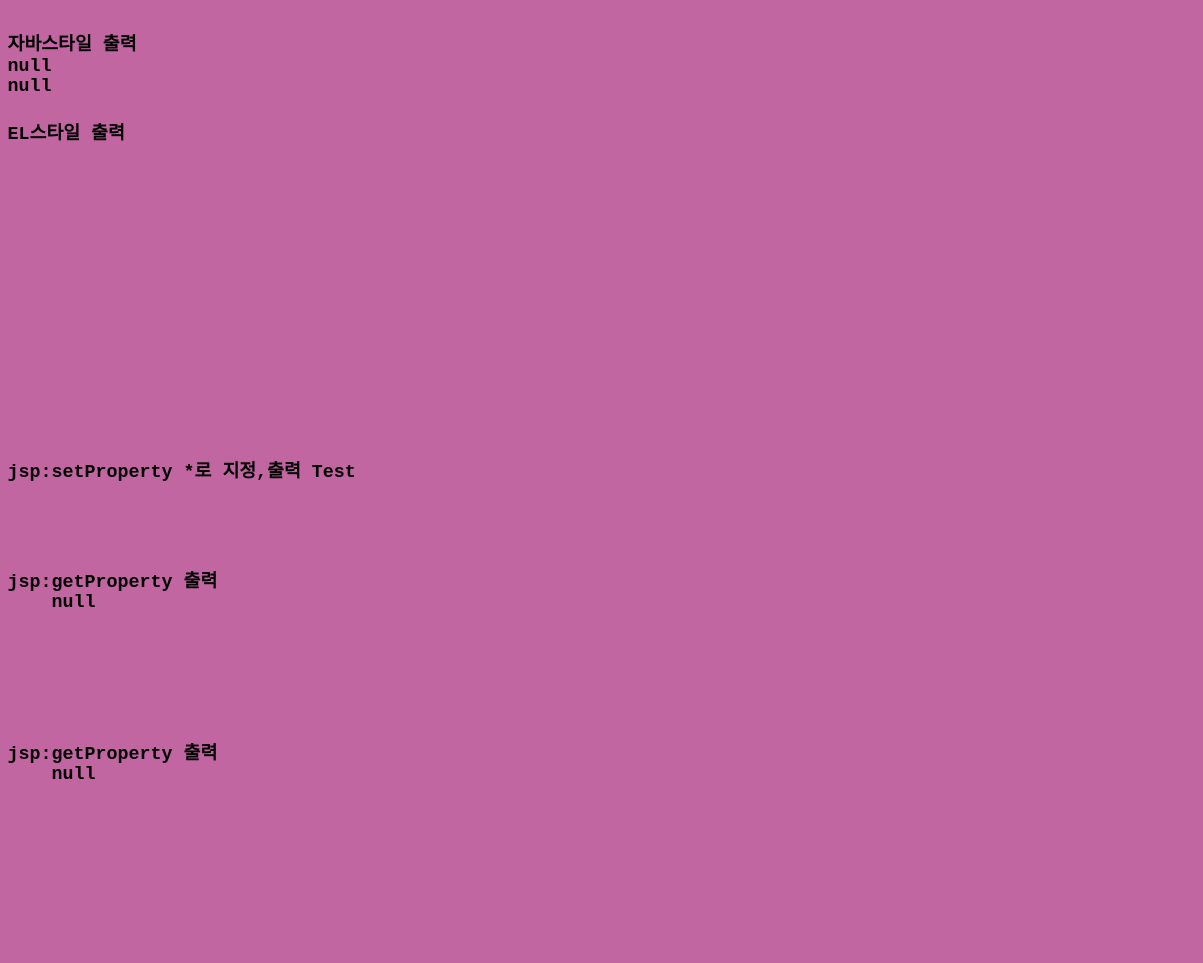
Repository: violetaplum/eclipseJSP
Page: http://localhost/JSP/jstl_get_setProperty.jsp
These files come from the project's save history. The page is drawn as it stood at one moment and after the next save; the edit follows.
The browser window is 1280 px wide. The pictures show the whole page, at 94% of full size.
The page is served by Tomcat 9.

Above is the page before, as saved 2019-06-10 11:50:22.

### JSP/WebContent/jstl_get_setProperty.jsp
<%@ page language="java" contentType="text/html; charset=UTF-8"
    pageEncoding="UTF-8"%>
<%@ taglib uri="http://java.sun.com/jsp/jstl/core" prefix="c"%>

<%-- Sawon sa1 = new Sawon(); --%>
<%-- Sawon sawon1 = new Sawon(); --%>
<%-- Sawon sawon2 = new Sawon(); --%>

<%-- <jsp:useBean ...    :  상단의 방법 대신 하단의 객체생성 tag로 대체할 수 있다 --%>

<jsp:useBean id="sawon1" class="sawonpkg.Sawon"></jsp:useBean>
<jsp:useBean id="sawon2" class="sawonpkg.Sawon"></jsp:useBean>
<%-- 객체명은 id="string" 으로 작성한다 --%>
<%-- class는 java 파일의 객체경로 --%>

<html>
<head>
<meta http-equiv="Content-Type" content="text/html; charset=UTF-8">
  <style>
  body
  {
    background: #c166a1;

  }
  </style>

</head>
<body>
<h2>
  <pre>

자바스타일 출력
<%=request.getParameter("name")%>
<%=request.getParameter("age")%>

EL스타일 출력
${param.name}
${param.age}


    <jsp:setProperty name="sawon1" property="name" ></jsp:setProperty>
    <%-- value="${param.name}" 생략해도 된다--%>

    <%-- setName()역할--%>
    <%-- sawon1.getAge(); --%>
    <%-- 주의#####
    넘어오는 것이 null뿐일때
    sawon1.setName(request.getParameter("name"))이 자동으로 수행되는것 --%>
    <jsp:setProperty name="sawon1" property="age" ></jsp:setProperty>
    <%-- value="${param.age}" 생략해도 된다--%>

    <%-- setAge()역할 --%>

jsp:setProperty *로 지정,출력 Test
    <jsp:setProperty name="sawon1" property="*"></jsp:setProperty>
<%--     <jsp:getProperty name="sawon1" property="*"></jsp:getProperty> 은 안됨!!!--%>


jsp:getProperty 출력
    <jsp:getProperty name="sawon1" property="name"></jsp:getProperty>
    <%-- 상단의 id를 getter에서는 name으로 가져와 사용한다 --%>
    <%-- property 는 필드명 --%>
    <%-- jsp:getProperty 는 출력도 됨!!!! --%>

    <%-- java 의 getter와 같음 --%>
    <%-- action tag, name 은 useBean의 id를 의미
    객체.메소드() sawon1.getName(); --%>
jsp:getProperty 출력
    <jsp:getProperty name="sawon1" property="age"></jsp:getProperty>






</pre>
</h2>
</body>
</html>

### JSP/src/sawonpkg/Sawon.java
package sawonpkg;
//import java.io.Serializable;

public class Sawon {
//implements java.io.Serializale
	private String name;
	private String age;
	//인자없는 생성자, getter setter 만들기
	public Sawon() {}
	public String getName() {
		return this.name;
	}
	public String getAge() {
		return this.age;
	}
	public void setName(String name)
	{
		this.name=name;
	}
	public void setAge(String age)
	{
		this.age=age;
	}

}

After the next save:
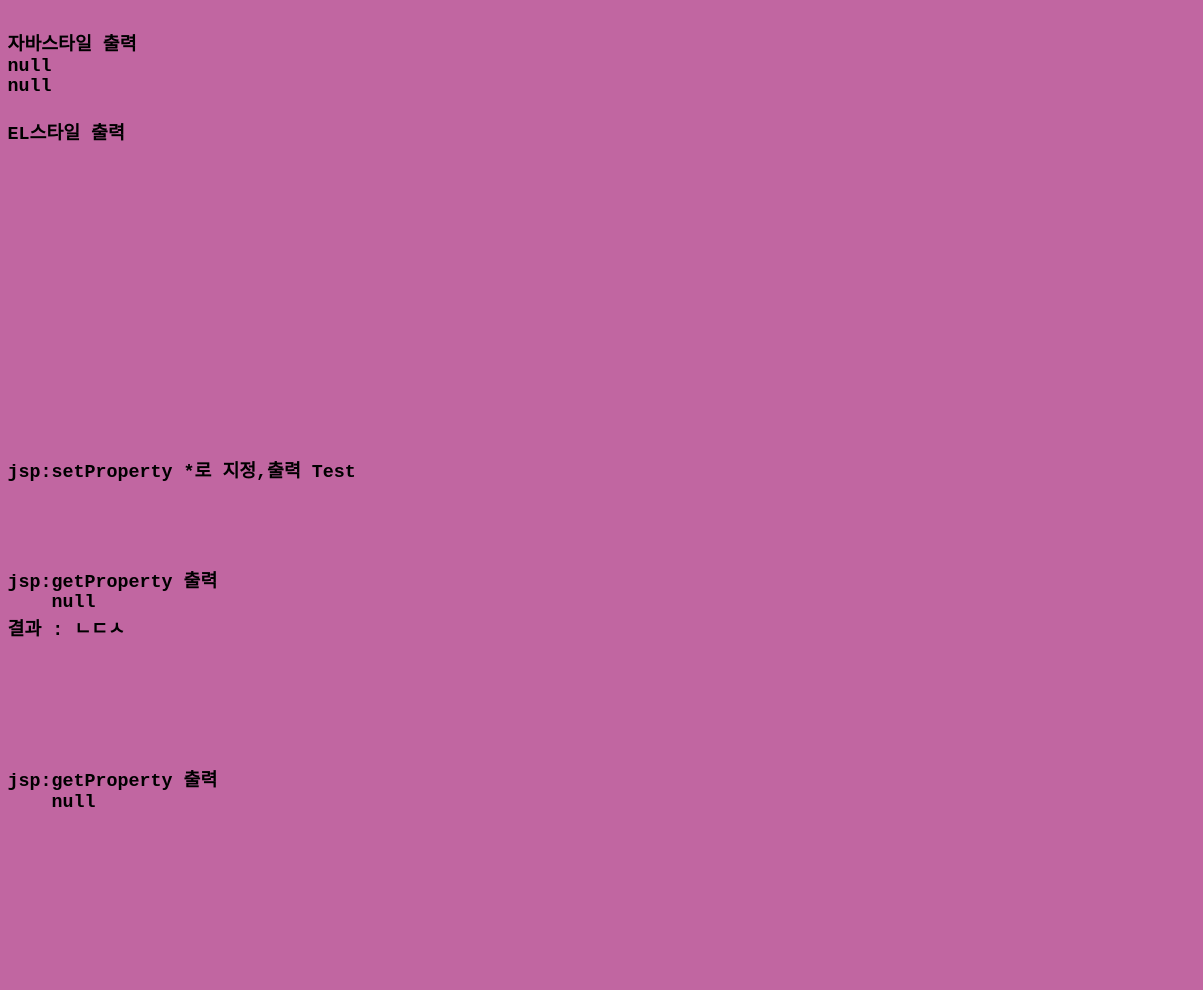
Saved 29 s later.
--- a/JSP/WebContent/jstl_get_setProperty.jsp
+++ b/JSP/WebContent/jstl_get_setProperty.jsp
@@ -58,6 +58,7 @@ jsp:setProperty *로 지정,출력 Test
 
 jsp:getProperty 출력
     <jsp:getProperty name="sawon1" property="name"></jsp:getProperty>
+결과 : ㄴㄷㅅ
     <%-- 상단의 id를 getter에서는 name으로 가져와 사용한다 --%>
     <%-- property 는 필드명 --%>
     <%-- jsp:getProperty 는 출력도 됨!!!! --%>
